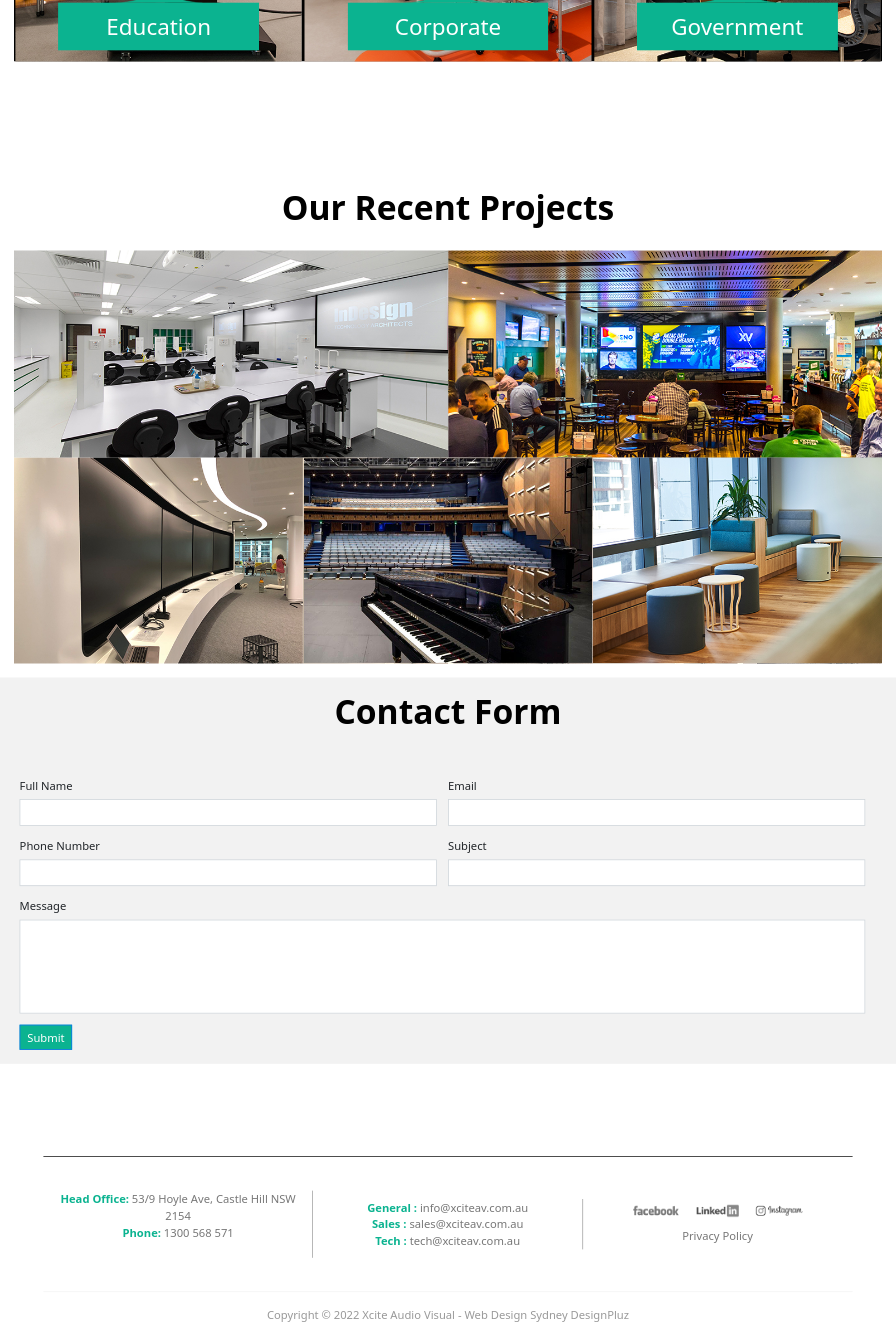
Repository: Imprasna/designplus
Page: index.html
The author's editor kept a copy of each file at every save. The page is drawn from the files as they stood at one save, then again after a run of saves.
The browser window is 1280 px wide. The pictures show the part of the page from y = 1897 to 3817 px (the page is 3807 px tall before and 3817 px after), at 70% of full size.

Above is the page before, as saved 2022-03-17 00:34:23.

After the next 3 saves:
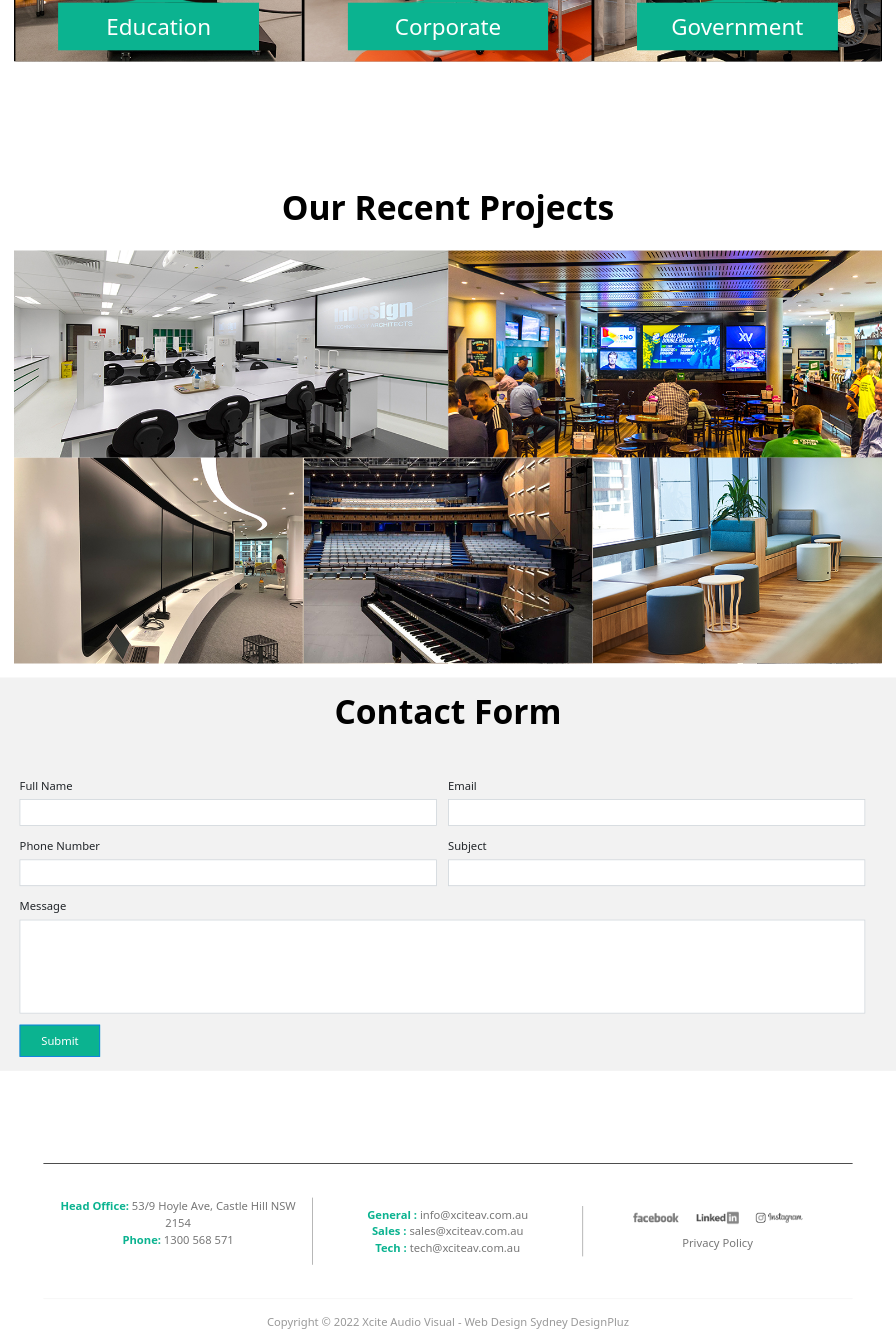
The 3 saves are shown as one change because they came seconds apart.
The last was saved 10 s later.
--- a/style.css
+++ b/style.css
@@ -244,7 +244,7 @@
 
 .container-fluid.contact_sec > .container-fluid > .row > form > .col-12 > button.btn.btn-primary {
     background: #0BB390;
-    padding: 5px 10px;
+    padding: 10px 30px;
     border-radius: 0;
 }
 
